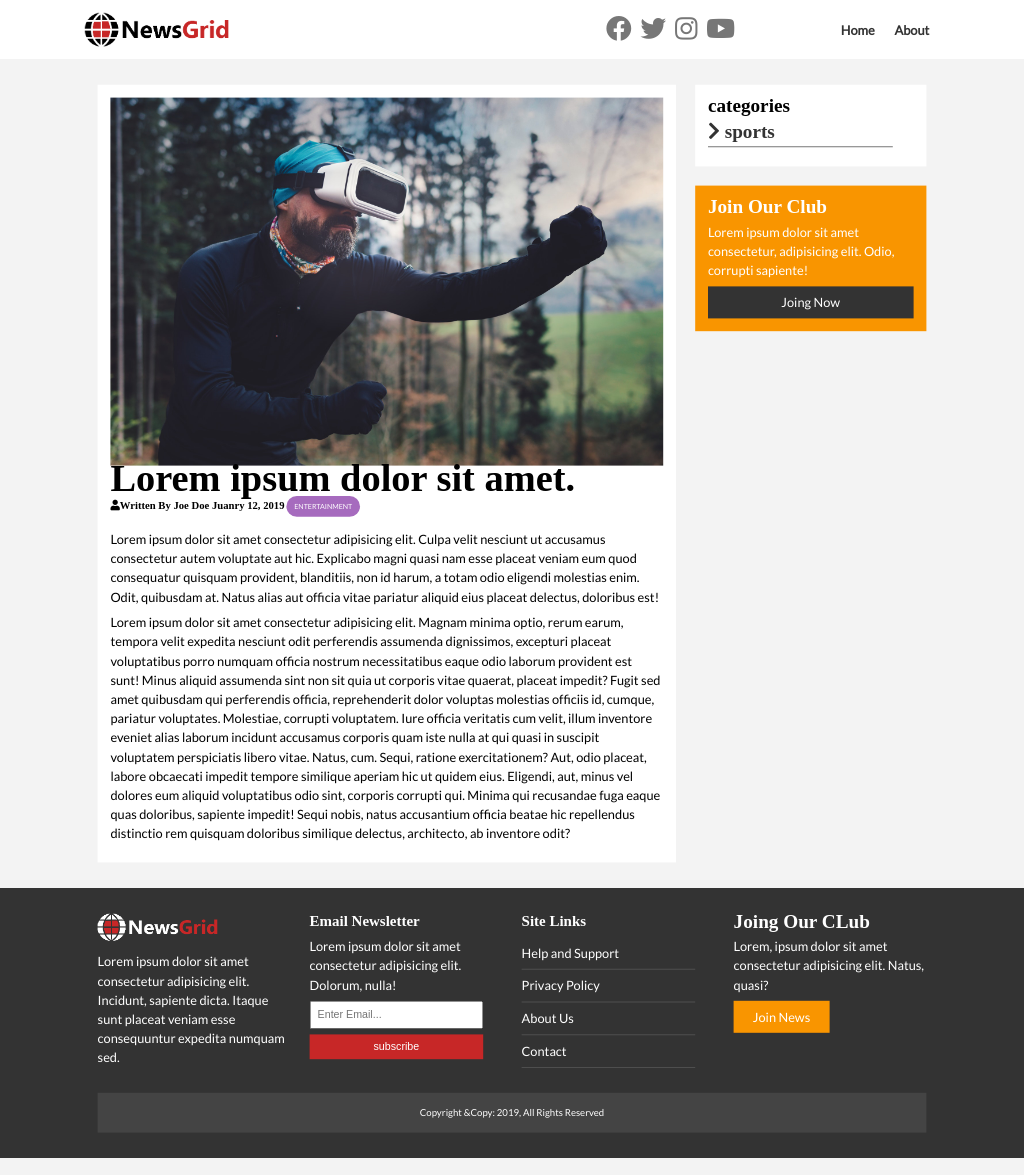
Repository: EswinGiova/NewsGrid
Page: article.html
These files come from the project's save history. The page is drawn as it stood at one moment and after the next save; the edit follows.
The browser window is 1280 px wide. The pictures show the whole page, at 80% of full size.
Some web libraries are served in a nearby version.

Above is the page before, as saved 2020-09-20 19:35:04.

After the next save:
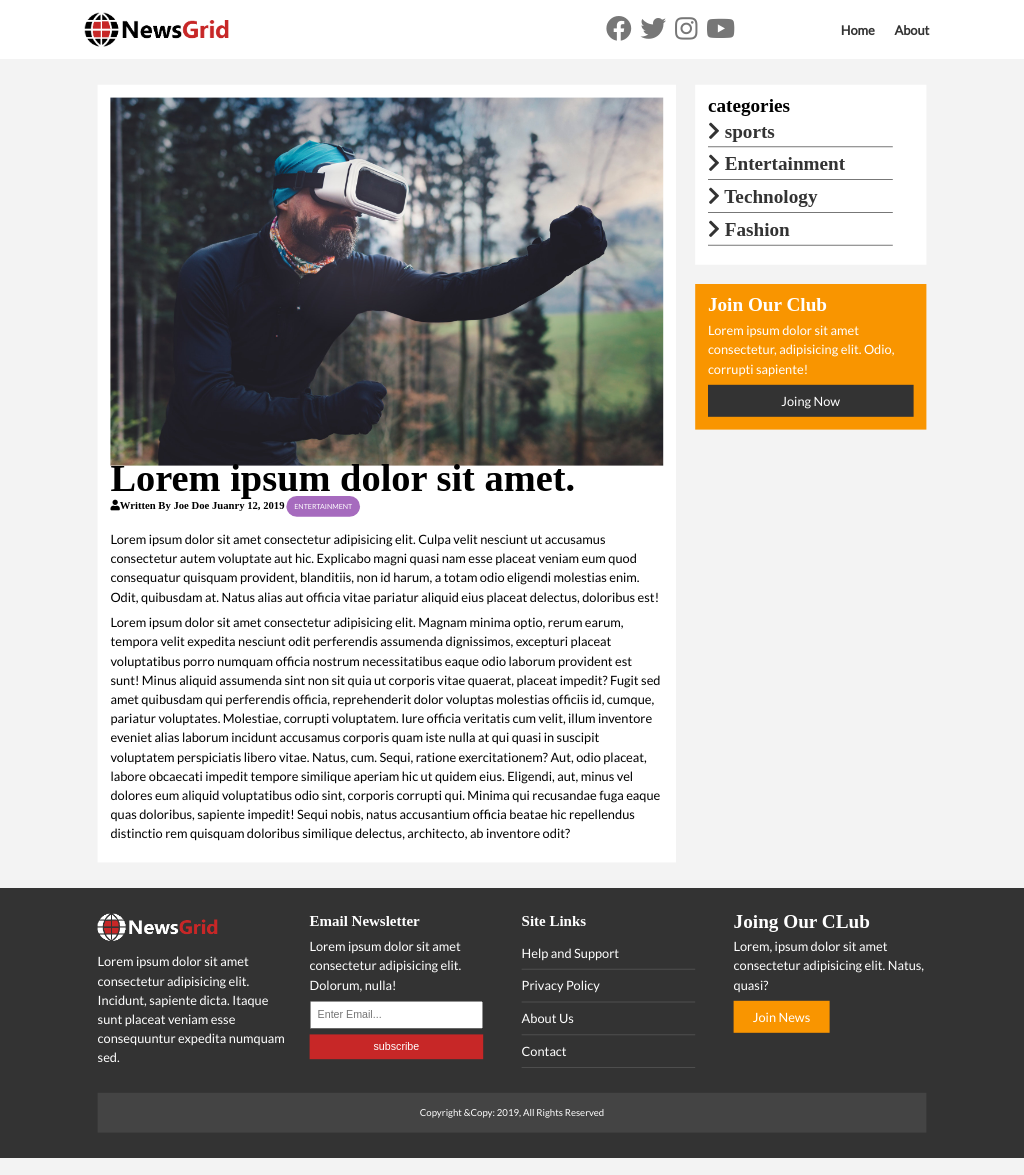
Saved 43 s later.
--- a/article.html
+++ b/article.html
@@ -90,6 +90,19 @@
                 <li>
                   <a href="#"><i class="fas fa-chevron-right"></i> sports </a>
                 </li>
+                <li>
+                  <a href="#"
+                    ><i class="fas fa-chevron-right"></i> Entertainment
+                  </a>
+                </li>
+                <li>
+                  <a href="#"
+                    ><i class="fas fa-chevron-right"></i> Technology
+                  </a>
+                </li>
+                <li>
+                  <a href="#"><i class="fas fa-chevron-right"></i> Fashion </a>
+                </li>
               </ul>
             </h2>
           </aside>
